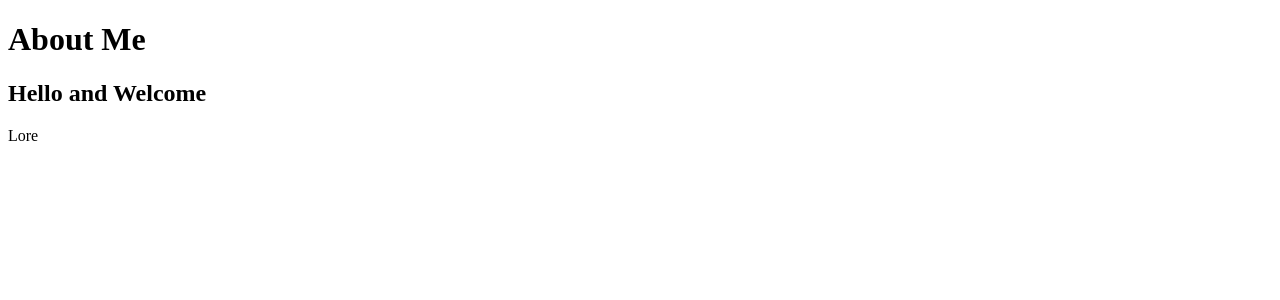
Repository: MelindaN14/My-Personal-Website
Page: about.html
These files come from the project's save history. The page is drawn as it stood at one moment and after the next save; the edit follows.
The browser window is 1280 px wide. The pictures show the whole page.

Above is the page before, as saved 2024-03-21 21:04:27.

After the next save:
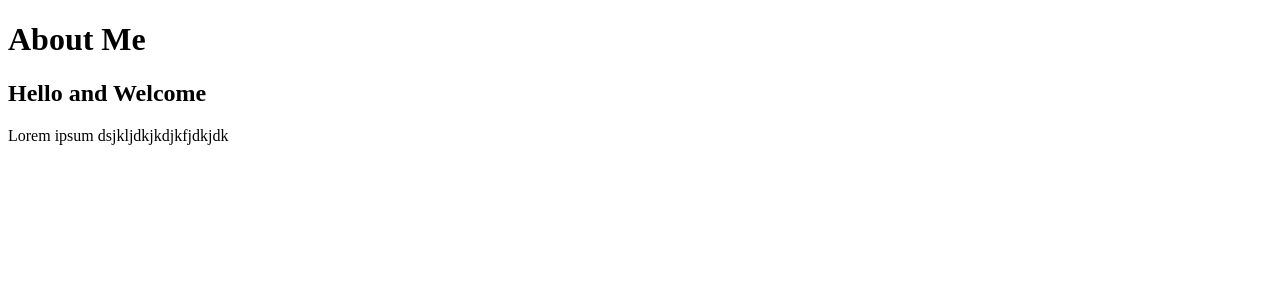
Saved 32 s later.
--- a/about.html
+++ b/about.html
@@ -8,7 +8,7 @@
 <body>
     <h1>About Me</h1>
     <h2>Hello and Welcome</h2>
-    <p>Lore</p>
+    <p>Lorem ipsum dsjkljdkjkdjkfjdkjdk</p>
 
 </body>
 </html>
